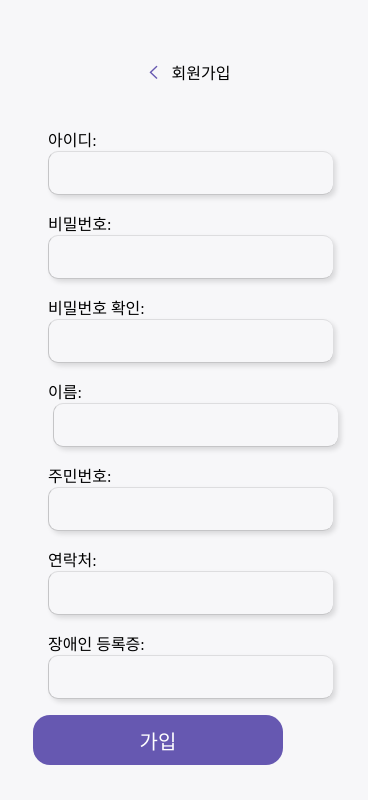
Repository: PEPI-dev/UI
Page: regist/regist.html
The author's editor kept a copy of each file at every save. The page is drawn from the files as they stood at one save, then again after the next save.
The browser window is 360 px wide. The page is 368 px wide, so the pictures cover 368 px, including what lies to the right of the window. The pictures show the whole page.
Some web fonts or font styles are not loaded; a fallback is used.

Above is the page before, as saved 2023-12-04 17:43:31.

After the next save:
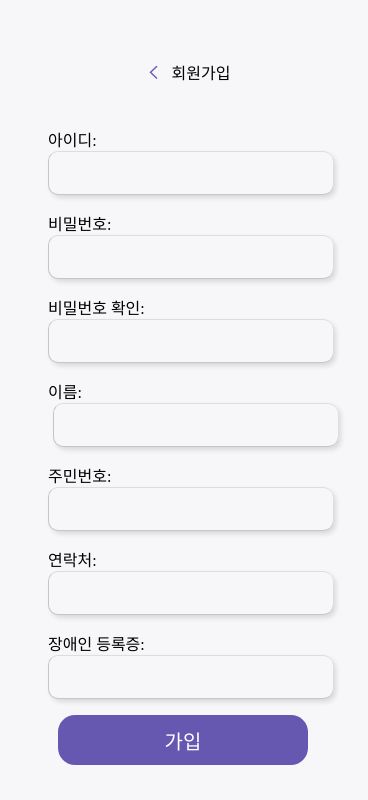
Saved 6 s later.
--- a/regist/regist.css
+++ b/regist/regist.css
@@ -91,7 +91,7 @@ body {
     #join{
         width: 250px;
         height: 50px;
-        margin-left: 25px;
+        margin-left: 50px;
     }
 
 
